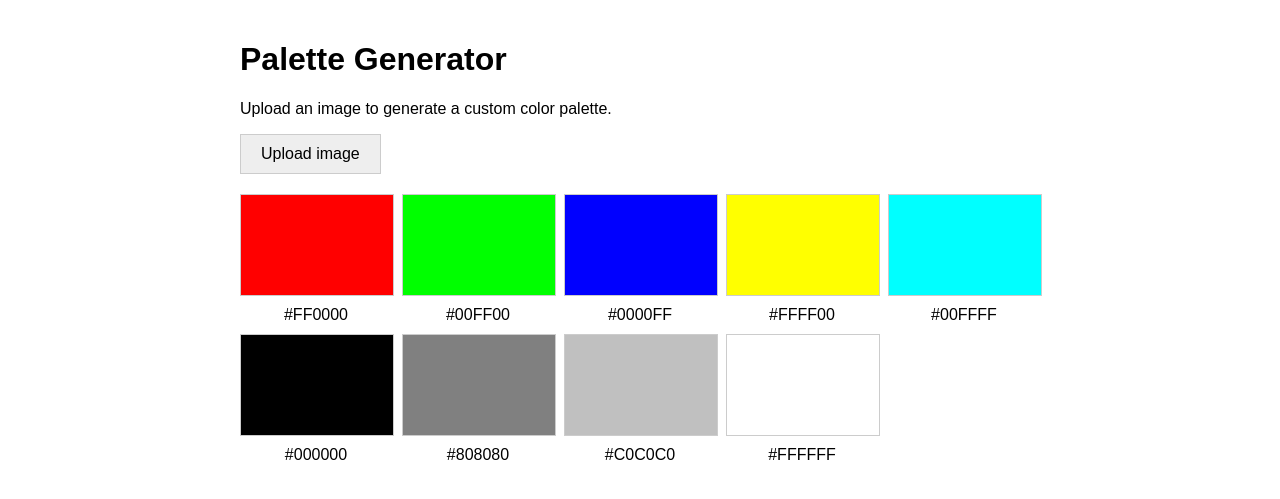
Repository: Modelc/ColorCodes
Page: index.html
These files come from the project's save history. The page is drawn as it stood at one moment and after the next save; the edit follows.
The browser window is 1280 px wide. The pictures show the whole page.

Above is the page before, as saved 2022-12-06 09:39:44.

### index.html
<!DOCTYPE html>
<html>
  <head>
    <title>Palette Generator</title>
    <style>
      body {
        margin: 0;
        padding: 0;
        font-family: sans-serif;
      }

      .container {
        max-width: 800px;
        margin: 0 auto;
        padding: 20px;
      }

      .upload-form {
        margin-bottom: 20px;
      }

      .upload-form input[type="file"] {
        display: none;
      }

      .upload-form label {
        cursor: pointer;
        display: inline-block;
        padding: 10px 20px;
        border: 1px solid #ccc;
        background-color: #eee;
      }

      .palette {
        display: flex;
        flex-wrap: wrap;
        margin: -5px;
      }

      .palette .color {
        width: 20%;
        padding: 5px;
        box-sizing: border-box;
      }

      .palette .color .swatch {
        width: 100%;
        height: 100px;
        border: 1px solid #ccc;
      }

      .palette .color .label {
        text-align: center;
        margin-top: 10px;
      }
    </style>
  </head>
  <body>
    <div class="container">
      <h1>Palette Generator</h1>
      <p>Upload an image to generate a custom color palette.</p>

      <form class="upload-form">
        <input type="file" id="file-input" accept="image/*" />
        <label for="file-input">Upload image</label>
      </form>

      <div class="palette">
        <div class="color">
          <div class="swatch" style="background-color: #ff0000"></div>
          <div class="label">#FF0000</div>
        </div>
        <div class="color">
          <div class="swatch" style="background-color: #00ff00"></div>
          <div class="label">#00FF00</div>
        </div>
        <div class="color">
          <div class="swatch" style="background-color: #0000ff"></div>
          <div class="label">#0000FF</div>
        </div>
        <div class="color">
          <div class="swatch" style="background-color: #ffff00"></div>
          <div class="label">#FFFF00</div>
        </div>
        <div class="color">
          <div class="swatch" style="background-color: #00ffff"></div>
          <div class="label">#00FFFF</div>
        </div>
        <div class="color">
          <div class="swatch" style="background-color: #000000"></div>
          <div class="label">#000000</div>
        </div>
        <div class="color">
          <div class="swatch" style="background-color: #808080"></div>
          <div class="label">#808080</div>
        </div>
        <div class="color">
          <div class="swatch" style="background-color: #c0c0c0"></div>
          <div class="label">#C0C0C0</div>
        </div>
        <div class="color">
          <div class="swatch" style="background-color: #ffffff"></div>
          <div class="label">#FFFFFF</div>
        </div>
      </div>
    </div>
  </body>
</html>

After the next save:
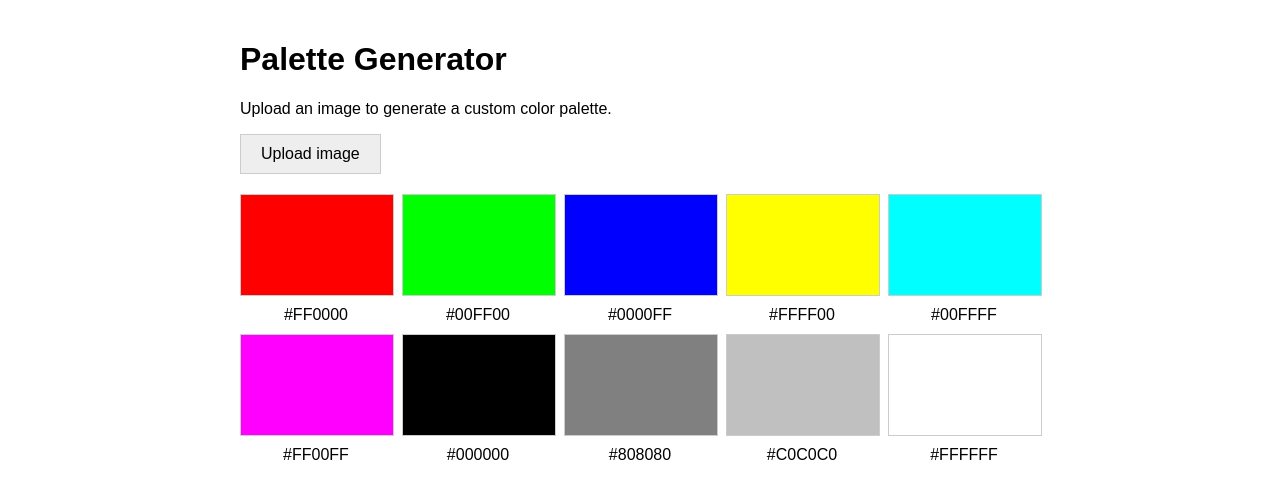
Saved 4 min 28 s later.
--- a/index.html
+++ b/index.html
@@ -87,6 +87,10 @@
           <div class="label">#00FFFF</div>
         </div>
         <div class="color">
+          <div class="swatch" style="background-color: #ff00ff"></div>
+          <div class="label">#FF00FF</div>
+        </div>
+        <div class="color">
           <div class="swatch" style="background-color: #000000"></div>
           <div class="label">#000000</div>
         </div>
@@ -104,5 +108,69 @@
         </div>
       </div>
     </div>
+
+    <script>
+      // Get the file input and the palette container
+      const fileInput = document.querySelector("#file-input");
+      const paletteContainer = document.querySelector(".palette");
+
+      // Listen for changes to the file input
+      fileInput.addEventListener("change", () => {
+        // Check if a file was selected
+        if (fileInput.files && fileInput.files[0]) {
+          // Create a new FileReader
+          const reader = new FileReader();
+
+          // Listen for when the file has been loaded
+          reader.addEventListener("load", () => {
+            // Get the image data from the FileReader
+            const imageData = reader.result;
+
+            // Generate a custom color palette from the image data
+            // (K-means clustering algorithm goes here)
+
+            // Clear the existing palette
+            paletteContainer.innerHTML = "";
+
+            // Add the new colors to the palette
+            const colors = [
+              "#FF0000",
+              "#00FF00",
+              "#0000FF",
+              "#FFFF00",
+              "#00FFFF",
+              "#FF00FF",
+              "#000000",
+              "#808080",
+              "#C0C0C0",
+              "#FFFFFF",
+            ];
+            for (const color of colors) {
+              // Create a new color swatch
+              const swatch = document.createElement("div");
+              swatch.classList.add("swatch");
+              swatch.style.backgroundColor = color;
+
+              // Create a new color label
+              const label = document.createElement("div");
+              label.classList.add("label");
+              label.innerText = color;
+
+              // Create a new color element
+              const colorElement = document.createElement("div");
+              colorElement.classList.add("color");
+              colorElement.appendChild(swatch);
+              colorElement.appendChild(label);
+
+              // Add the color element to the palette
+              paletteContainer.appendChild(colorElement);
+            }
+          });
+
+          // Read the file as an image
+          reader.readAsDataURL(fileInput.files[0]);
+        }
+      });
+    </script>
   </body>
 </html>
